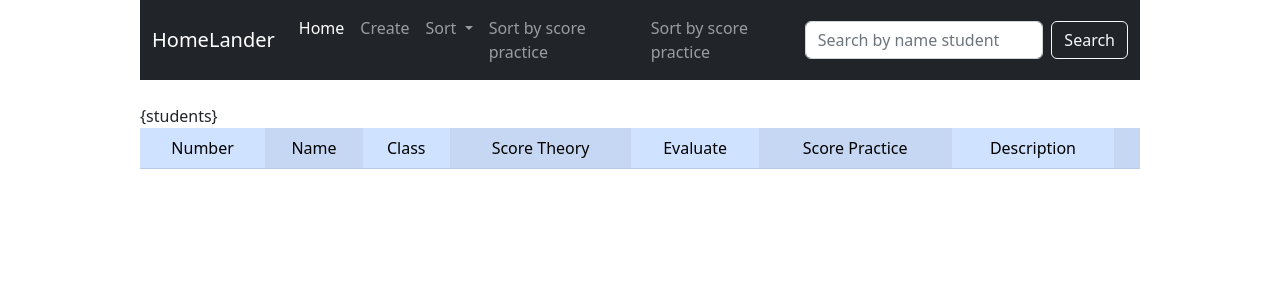
Repository: nguyenhung50497/MD3_thiThucHanh
Page: src/views/home.html
These files come from the project's save history. The page is drawn as it stood at one moment and after the next save; the edit follows.
The browser window is 1280 px wide. The pictures show the whole page.

Above is the page before, as saved 2023-01-05 09:51:18.

### src/views/home.html
<!doctype html>
<html lang="en">
  <head>
    <meta charset="utf-8">
    <meta name="viewport" content="width=device-width, initial-scale=1">
    <title>Home</title>
    <link href="https://cdn.jsdelivr.net/npm/bootstrap@5.2.3/dist/css/bootstrap.min.css" rel="stylesheet" integrity="sha384-rbsA2VBKQhggwzxH7pPCaAqO46MgnOM80zW1RWuH61DGLwZJEdK2Kadq2F9CUG65" crossorigin="anonymous">
  </head>
  <body>
    <div class="container" style="width: 80%;">
      <nav class="navbar navbar-dark bg-dark navbar-expand-lg">
        <div class="container-fluid">
          <a class="navbar-brand" href="/home">HomeLander</a>
          <button class="navbar-toggler" type="button" data-bs-toggle="collapse" data-bs-target="#navbarSupportedContent" aria-controls="navbarSupportedContent" aria-expanded="false" aria-label="Toggle navigation">
            <span class="navbar-toggler-icon"></span>
          </button>
          <div class="collapse navbar-collapse" id="navbarSupportedContent">
            <ul class="navbar-nav me-auto mb-2 mb-lg-0">
              <li class="nav-item">
                <a class="nav-link active" aria-current="page" href="/home">Home</a>
              </li>
              <li class="nav-item">
                <a class="nav-link" href="/student/create">Create</a>
              </li>
              <li class="nav-item dropdown">
                <a class="nav-link dropdown-toggle" href="#" role="button" data-bs-toggle="dropdown" aria-expanded="false">
                  Sort
                </a>
                <ul class="dropdown-menu">
                  <li><a class="dropdown-item" href="/student/sortScoreByPracticeUP">Sort by score practice up</a></li>
                  <li><a class="dropdown-item" href="/student/sortScoreByPracticeDown">Sort by score practice down</a></li>
                  <li><a class="dropdown-item" href="/student/sortScoreByTheoryUp">Sort by score theory up</a></li>
                  <li><a class="dropdown-item" href="/student/sortScoreByTheoryDown">Sort by score theory down</a></li>
                  <li><hr class="dropdown-divider"></li>
                  <li><a class="dropdown-item" href="#">Something else here</a></li>
                </ul>
              </li>
              <li class="nav-item">
                <a class="nav-link" href="/student/sortScoreByPracticeUP">Sort by score practice</a>
              </li>
              <li class="nav-item">
                <a class="nav-link" href="/student/sortScoreByPracticeDown">Sort by score practice</a>
              </li>
            </ul>
            <form class="d-flex" role="search" method="post">
              <input class="form-control me-2" name="search" type="search" placeholder="Search by name student" aria-label="Search">
              <button class="btn btn-outline-light" type="submit">Search</button>
            </form>
          </div>
        </div>
      </nav>
      <br>
      <table class="table table-primary table-striped-columns" style="text-align: center;">
        <tr>
            <td>Number</td>
            <td>Name</td>
            <td>Class</td>
            <td>Score Theory</td>
            <td>Evaluate</td>
            <td>Score Practice</td>
            <td>Description</td>
            <td colspan="2"></td>
        </tr>
        <tbody>
        {students}
        </tbody>
      </table>
    </div>
    <script src="https://cdn.jsdelivr.net/npm/bootstrap@5.2.3/dist/js/bootstrap.bundle.min.js" integrity="sha384-kenU1KFdBIe4zVF0s0G1M5b4hcpxyD9F7jL+jjXkk+Q2h455rYXK/7HAuoJl+0I4" crossorigin="anonymous"></script>
  </body>
</html>

After the next save:
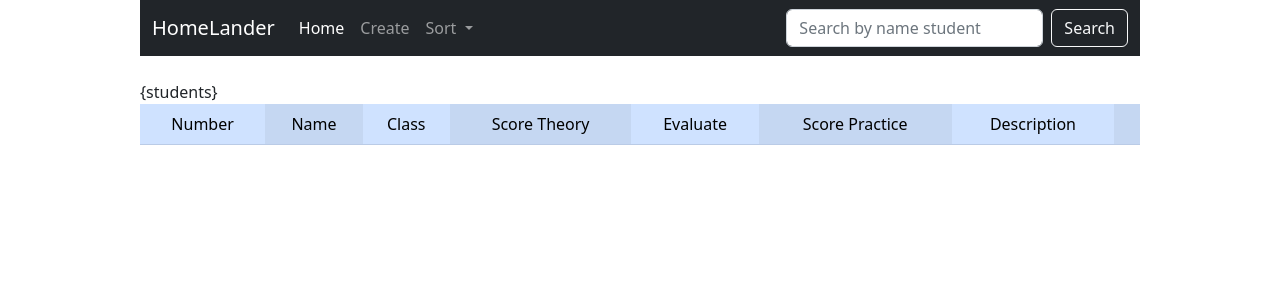
Saved 6 s later.
--- a/src/views/home.html
+++ b/src/views/home.html
@@ -35,12 +35,6 @@
                   <li><a class="dropdown-item" href="#">Something else here</a></li>
                 </ul>
               </li>
-              <li class="nav-item">
-                <a class="nav-link" href="/student/sortScoreByPracticeUP">Sort by score practice</a>
-              </li>
-              <li class="nav-item">
-                <a class="nav-link" href="/student/sortScoreByPracticeDown">Sort by score practice</a>
-              </li>
             </ul>
             <form class="d-flex" role="search" method="post">
               <input class="form-control me-2" name="search" type="search" placeholder="Search by name student" aria-label="Search">
